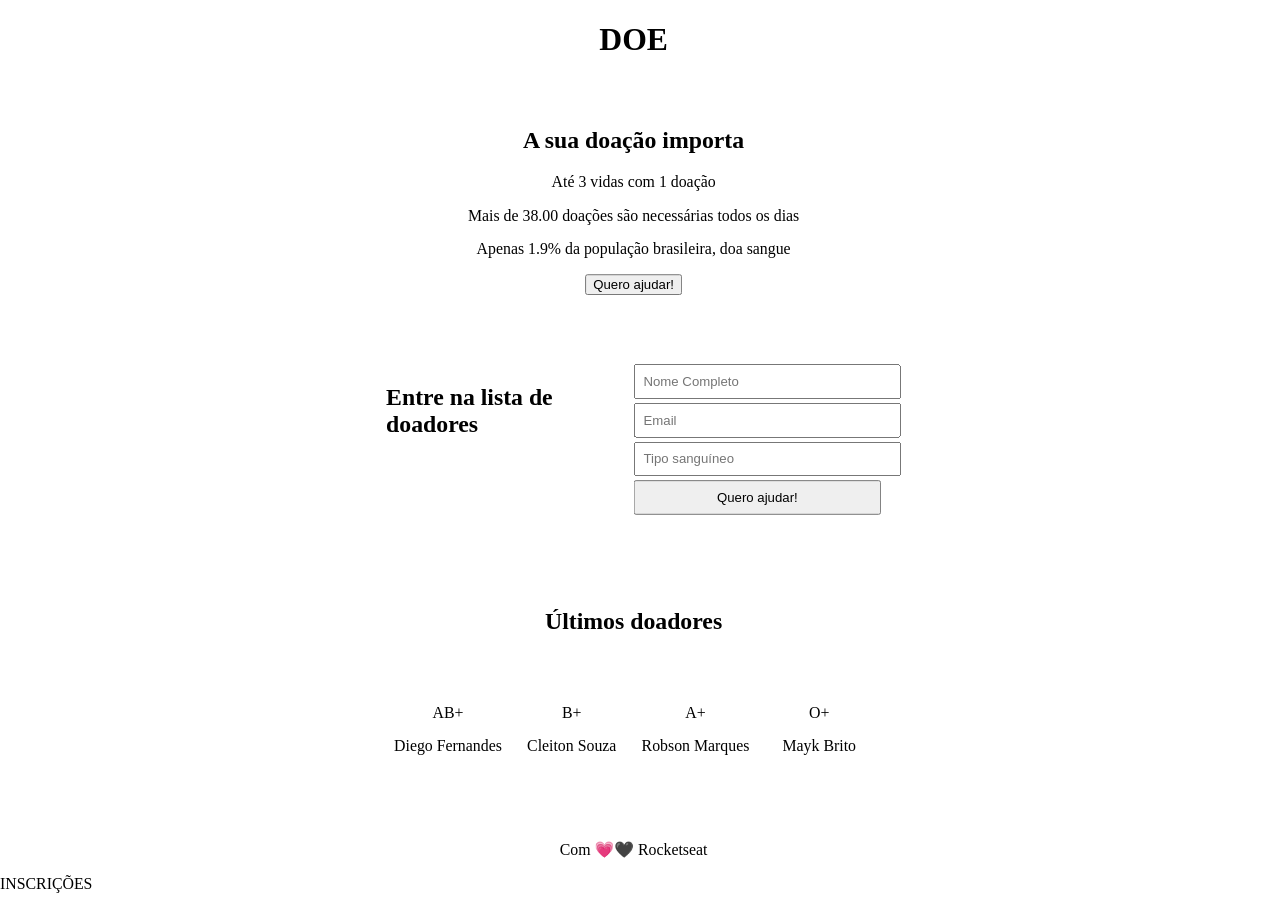
Repository: lucas-silva-dev/Doe
Page: index.html
The author's editor kept a copy of each file at every save. The page is drawn from the files as they stood at one save, then again after the next save.
The browser window is 1280 px wide. The pictures show the whole page, at 99% of full size.
Some web fonts or font styles are not loaded; a fallback is used.

Above is the page before, as saved 2020-02-18 14:48:08.

After the next save:
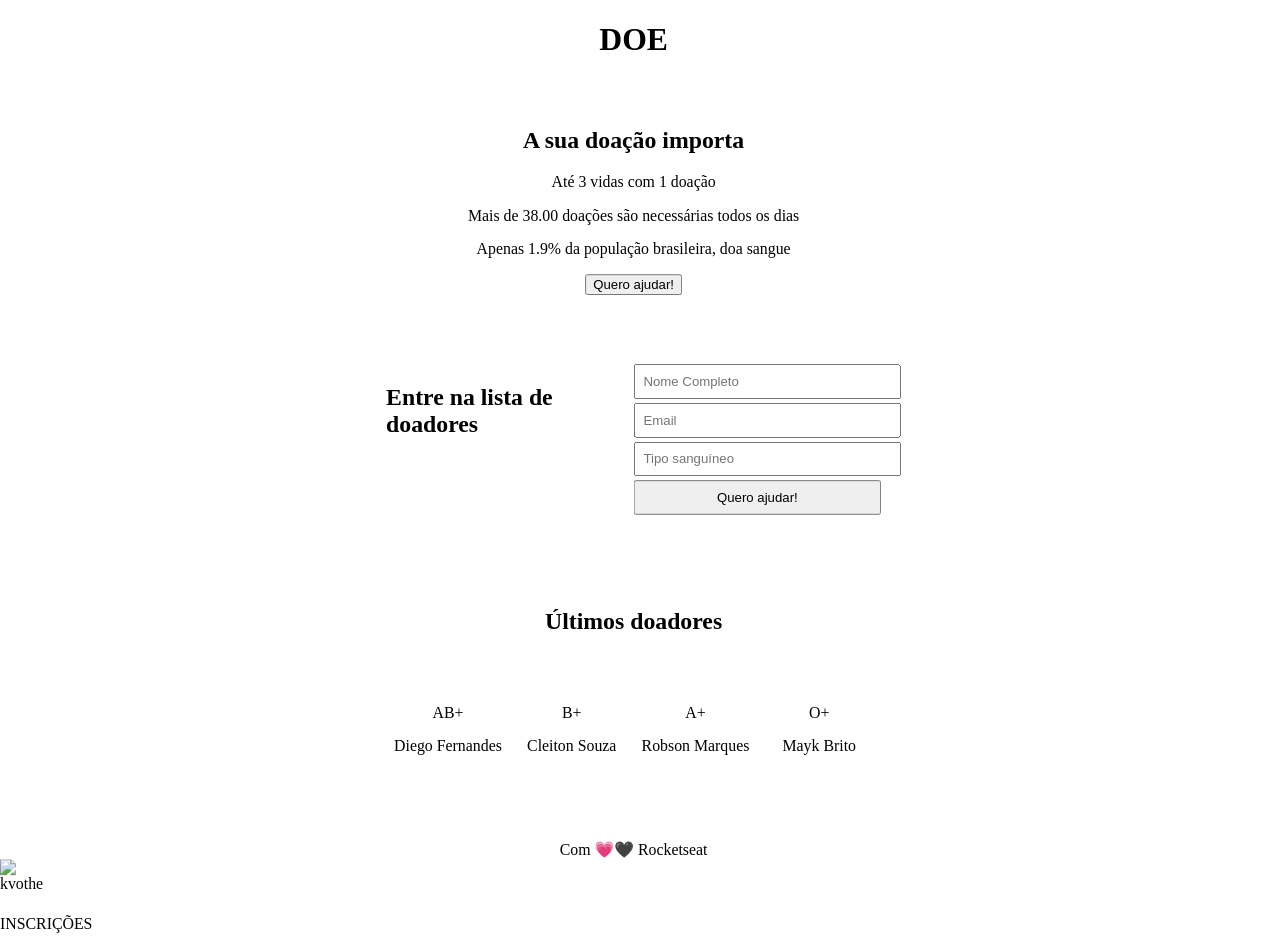
Not found: aurikvothe.jpeg
Saved 27 s later.
--- a/index.html
+++ b/index.html
@@ -66,6 +66,7 @@
   </main>
 
   <footer> Com 💗🖤 Rocketseat</footer>
+  <img src="aurikvothe.jpeg" alt="kvothe">
   <div class="cred">
     <p>INSCRIÇÕES</p>
   </div>
